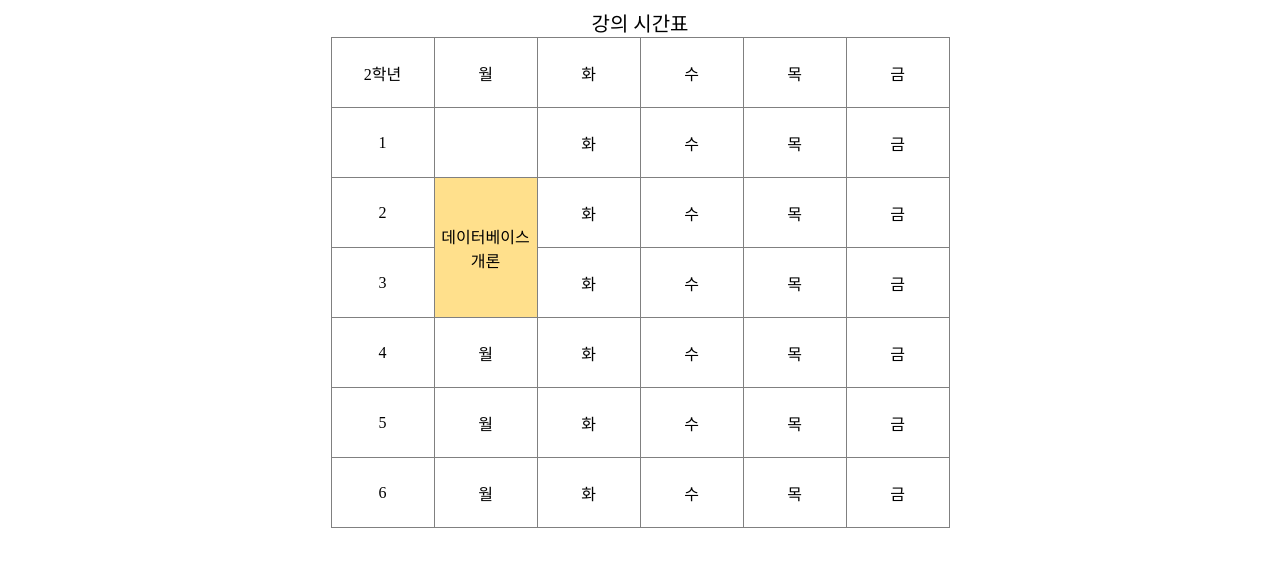
Repository: gyungmean/2020_2_webProgramming
Page: week1/week1/WebContent/Practice01/Practice01.html
These files come from the project's save history. The page is drawn as it stood at one moment and after the next save; the edit follows.
The browser window is 1280 px wide. The pictures show the whole page.

Above is the page before, as saved 2020-09-05 15:45:31.

After the next save:
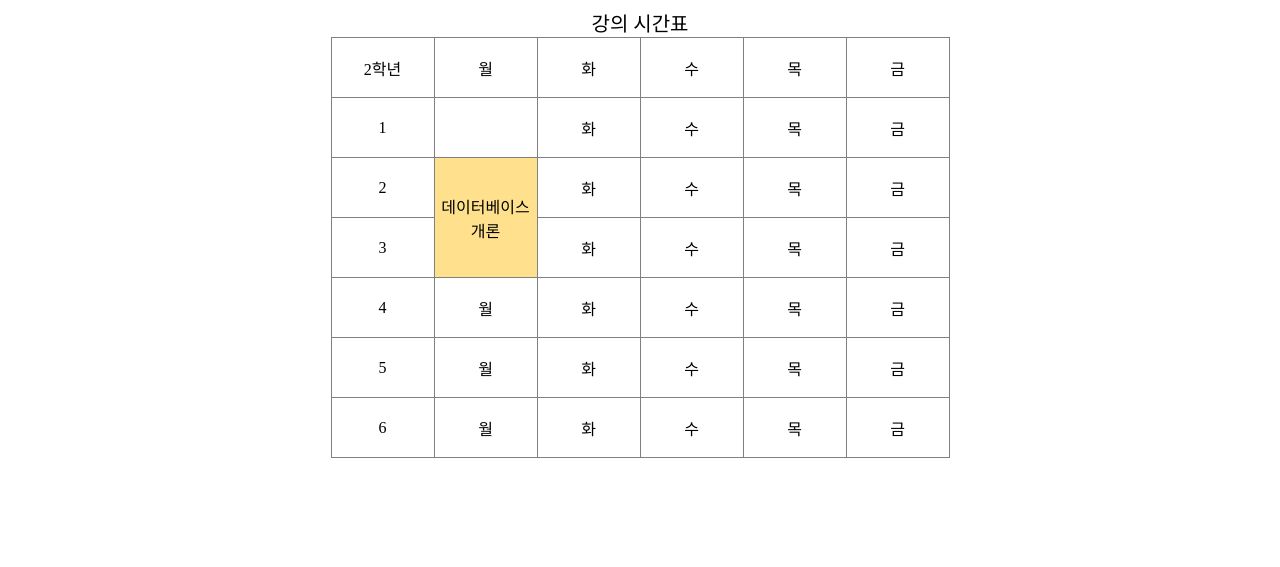
Saved 12 s later.
--- a/week1/week1/WebContent/Practice01/Practice01.html
+++ b/week1/week1/WebContent/Practice01/Practice01.html
@@ -24,7 +24,7 @@
 		background-color: #BDBDBD;
 	}
 	tr{
-		height: 70px;
+		height: 60px;
 	}
 
 	</style>
